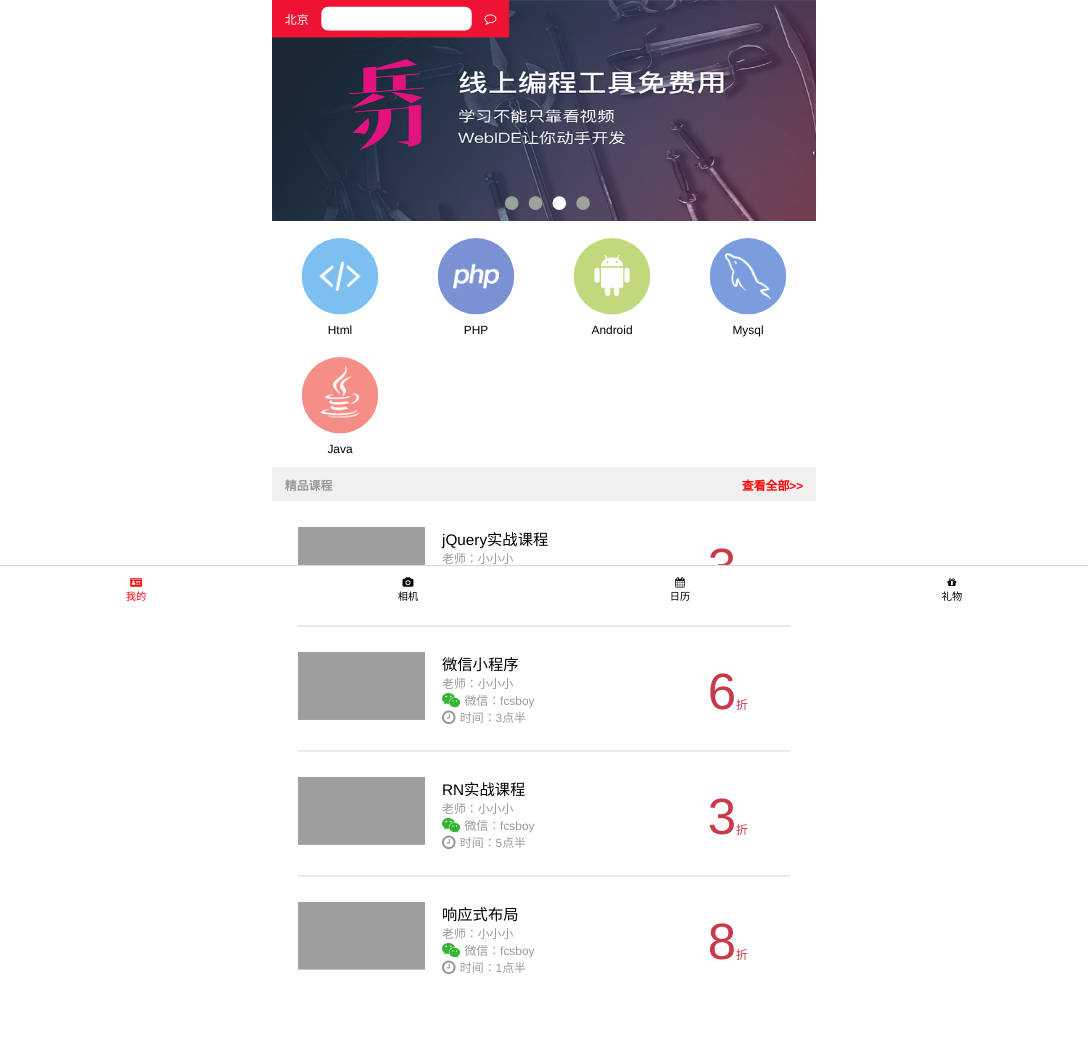
Repository: zhenzhen-gong/flextContent
Page: index.html
The author's editor kept a copy of each file at every save. The page is drawn from the files as they stood at one save, then again after the next save.
The browser window is 1280 px wide. The pictures show the whole page, at 85% of full size.
Pictures or frames that could not be fetched are drawn as grey boxes.

Above is the page before, as saved 2020-06-19 11:00:46.

### index.html
<!DOCTYPE html>
<html lang="en">

<head>
    <meta charset="UTF-8">
    <meta name="viewport" content="width=device-width, initial-scale=1.0">
    <title>移动端响应式小项目</title>
    <link rel="stylesheet" href="css/style.css">
    <link rel="stylesheet" href="css/font-awesome/css/font-awesome.min.css">
    <script src="http://cdn.bootcss.com/jquery/1.12.4/jquery.js"></script>
    <script src="script.js"></script>
</head>

<body>
    <div class="Tbox">
        <header>
            <a href="#" class="left-address">北京</a>
            <input class="middle-form" name="search">
            <a href="#" class="right-message">
                <i class="fa fa-comment-o"></i>
            </a>
        </header>
        <section>
            <div class="imgholder">
                <div class="imgBox" id="imgBox">
                    <div class="imgcontent active"><img src="img/banner1.jpg" alt="图片加载失败"></div>
                    <div class="imgcontent"><img src="img/banner2.jpg" alt="图片加载失败"></div>
                    <div class="imgcontent"><img src="img/banner3.jpg" alt="图片加载失败"></div>
                    <div class="imgcontent"><img src="img/banner4.jpg" alt="图片加载失败"></div>
                </div>
                <div class="imgCircle" id="imgCircle">
                    <span class="active"></span>
                    <span></span>
                    <span></span>
                    <span></span>
                </div>
            </div>
            <div class="content">
                <div>
                    <img src="img/1.png" alt="">
                    <span>Html</span>
                </div>
                <div>
                    <img src="img/2.png" alt="">
                    <span>PHP</span>
                </div>
                <div>
                    <img src="img/3.png" alt="">
                    <span>Android</span>
                </div>
                <div>
                    <img src="img/4.png" alt="">
                    <span>Mysql</span>
                </div>
                <div>
                    <img src="img/5.png" alt="">
                    <span>Java</span>
                </div>
            </div>
            <div class="nav">
                <span>精品课程</span>
                <span>查看全部>></span>
            </div>
            <div class="items">
                <div class="item">
                    <div class="item_left">
                        <img src="http://szimg.mukewang.com/5806de7c00014a3105400300-360-202.jpg" alt="">
                    </div>
                    <div class="item_center">
                        <p>jQuery实战课程</p>
                        <p>老师：小小小</p>
                        <p><i class="fa fa-weixin fa-lg"></i>微信：fcsboy</p>
                        <p><i class="fa fa-clock-o fa-lg"></i>时间：8点半</p>
                    </div>
                    <div class="item_right">
                        <span>3</span><em>折</em>
                    </div>
                </div>
                <div class="item">
                    <div class="item_left">
                        <img src="http://szimg.mukewang.com/583e42fb0001e04f05400300-360-202.jpg" alt="">
                    </div>
                    <div class="item_center">
                        <p>微信小程序</p>
                        <p>老师：小小小</p>
                        <p><i class="fa fa-weixin fa-lg"></i>微信：fcsboy</p>
                        <p><i class="fa fa-clock-o fa-lg"></i>时间：3点半</p>
                    </div>
                    <div class="item_right">
                        <span>6</span><em>折</em>
                    </div>
                </div>
                <div class="item">
                    <div class="item_left">
                        <img src="http://szimg.mukewang.com/57ec8a820001c60b05400300-360-202.jpg" alt="">
                    </div>
                    <div class="item_center">
                        <p>RN实战课程</p>
                        <p>老师：小小小</p>
                        <p><i class="fa fa-weixin fa-lg"></i>微信：fcsboy</p>
                        <p><i class="fa fa-clock-o fa-lg"></i>时间：5点半</p>
                    </div>
                    <div class="item_right">
                        <span>3</span><em>折</em>
                    </div>
                </div>
                <div class="item">
                    <div class="item_left">
                        <img src="http://szimg.mukewang.com/576b84c10001b1c005400300-360-202.jpg" alt="">
                    </div>
                    <div class="item_center">
                        <p>响应式布局</p>
                        <p>老师：小小小</p>
                        <p><i class="fa fa-weixin fa-lg"></i>微信：fcsboy</p>
                        <p><i class="fa fa-clock-o fa-lg"></i>时间：1点半</p>
                    </div>
                    <div class="item_right">
                        <span>8</span><em>折</em>
                    </div>
                </div>
            </div>
        </section>
    </div>
    <footer>
        <div class="active">
            <a href="#" class="active">
                <i class="fa fa-id-card"></i>
            </a>
            我的
        </div>
        <div>
            <a href="#">
                <i class="fa fa-camera"></i>
            </a>
            相机
        </div>
        <div>
            <a href="#">
                <i class="fa fa-calendar"></i>
            </a>
            日历
        </div>
        <div>
            <a href="#">
                <i class="fa fa-gift"></i>
            </a>
            礼物
        </div>
    </footer>
</body>

</html>

### css/style.css
/* css初始化 */
*{
    margin: 0;
    padding: 0;
    border: none;
}
body{
    font-size: 14px;
    font-family: 'Franklin Gothic Medium', 'Arial Narrow', Arial, sans-serif;
}
a{
    text-decoration: none;
    color: black;
}
/* 正文部分 */
.Tbox{
    width: 640px;
    position: absolute;
    left: 0;
    right: 0;
    margin: 0 auto;
}
/* 头部导航 */
.Tbox>header{
   position: fixed;
   top: 0;
   height: 44px;
   padding: 0 15px;
   background: #ef1333;
   display: flex;
   align-items: center;
   z-index: 2;
}
.Tbox>header>a.left-address{
    margin-right: 15px;
    color: #ffffff;
}
.Tbox>header>input.middle-form{
   flex: 1;
   box-sizing: border-box;
   height: 28px;
   border-radius: 8px;
   border: none;
}
.Tbox>header>a.right-message{
    margin-left: 15px;
    color: #ffffff;
}
/* 图片轮播 */
section>div.imgholder{
    height: 260px;
    width: 100%;
    position: relative;
    overflow: hidden;
}
section>div.imgholder>div.imgBox{
    height: 100%;
    width: 100%;
}
section>div.imgholder>div.imgBox>div.imgcontent{
    position: absolute;
    height: 100%;
    width: 100%;
    overflow: hidden;
    display: none;
}
section>div.imgholder>div.imgBox>div.active{
    display: block;
}
section>div.imgholder>div.imgBox>div.imgcontent>img{
    width: 100%;
    height: 100%;
}
/* 控制图片切换的圆点 */
section>div.imgholder>div.imgCircle{
    position: absolute;
    bottom: 10px;
    width: 100%;
    text-align: center;
}
section>div.imgholder>div.imgCircle>span{
    display: inline-block;
    height: 16px;
    width: 16px;
    border-radius: 50%;
    background: #9aa499;
    cursor: pointer;
    margin-left: 8px;
}
section>div.imgholder>div.imgCircle>span.active{
    background: #ffffff;
}
/* 正文内容菜单部分 */
section>div.content{
    display: flex;
    flex-wrap: wrap;
    padding-top: 10px;
    background: #ffffff;
}
section>div.content>div{
    width: 25%;
    height: 120px;
    text-align: center;
    margin: 10px 0;
}
section>div.content>div>span{
    display: block;
    margin-top: 7px;
}
section>div.content>div>img{
    border-radius: 50%;
}

/* 精品课程的导航条 */
section>div.nav{
    height: 40px;
    background: #f0f0f0;
    display: flex;
    justify-content: space-between;
    align-items: center;
    padding: 0 15px;
}
section>div.nav>span:nth-child(1){
    color: #999;
    font-weight: bold;
}
section>div.nav>span:nth-child(2){
    color: red;
    font-weight: bold;
}

/* 正文内容 */
section>div.items{
    background: #ffffff;
    padding: 0 30px;
    margin-bottom: 54px;
}
section>div.items>div.item{
    position: relative;
    display: flex;
    padding: 30px 0;
    border-bottom: 1px solid #cccccc;
}
section>div.items>div.item:last-child{
    border: none;
}
section>div.items>div.item>div.item_left>img{
    width: 150px;
    height: 80px;
}
section>div.items>div.item>div.item_center{
   padding-left: 20px;
}
.item_center p:nth-child(1){
	font-size: 18px;
}
.item_center p:nth-child(2){
	color: #999;
}
.item_center p:nth-child(3){
	color: #999;
}
.item_center p:nth-child(3) i{
	color: #33b433;
	margin-right: 5px;
}
.item_center p:nth-child(4) i{
	margin-right: 5px;
}
.item_center p:nth-child(4){
	color: #999;
}
.item_center p:nth-child(5){
	color: #999;
}
.item_right{
	position: absolute;
    right: 50px;
    bottom: 35px;
	color:#c9394a;
}
.item_right span{
	font-size: 60px;
}
.item_right em{
    font-size: 14px;
	font-style: normal;
}

/* 页脚部分 */
footer{
    position: fixed;
    bottom: 0;
    height: 54px;
    width: 100%;
    font-size: 12px;
    display: flex;
    align-items: center;
    text-align: center;
    background: #ffffff;;
    border-top: 1px solid #cccccc;
}
footer>div{
    flex: 1;
}
footer>div.active{
    color: red;
}
footer>div>a{
    display: block;
}
footer>div>a.active{
    color: red;
}

### script.js
$(document).ready(function(){
    var index = 0,
        timer = null,
        imgs = $("#imgBox").children("div"),
        circles = $("#imgCircle").children("span")
        console.log(circles);

    function imgslider () {
        //当鼠标在图片上时，停止轮播
        $("#imgBox").mouseover(function(){
            if(timer) clearInterval(timer)
        })
        //当鼠标移出图片时，图片继续轮播
        $("#imgBox").mouseout(function(){
            // 图片自动轮播
        timer = setInterval(function(){
            index++;
            if(index>=imgs.length){
                index = 0
            }
            changeImg()
        },2000)
        });
        //一开始就执行mouseout，图片轮播
        $("#imgBox").mouseout()

        // 点击圆点切换图片
        // 1、找到所有圆点  并为每个圆点绑定click事件
        for(let i = 0;i<circles.length;i++){
            circles[i].id = i;
            circles[i].onclick = function(){
                index = i;
                changeImg()
                if(timer) clearInterval(timer)
            }
        }

    }





    function changeImg() {
       // 当前图片的display属性为block，其他为none；
       for(let i = 0;i<imgs.length;i++){
           imgs[i].style.display = "none"
           circles[i].className = " "
       }
       imgs[index].style.display = "block"
       circles[index].className = "active "
    }
    imgslider()
})

Loaded but not shown: css/font-awesome/css/font-awesome.min.css (library)

After the next save:
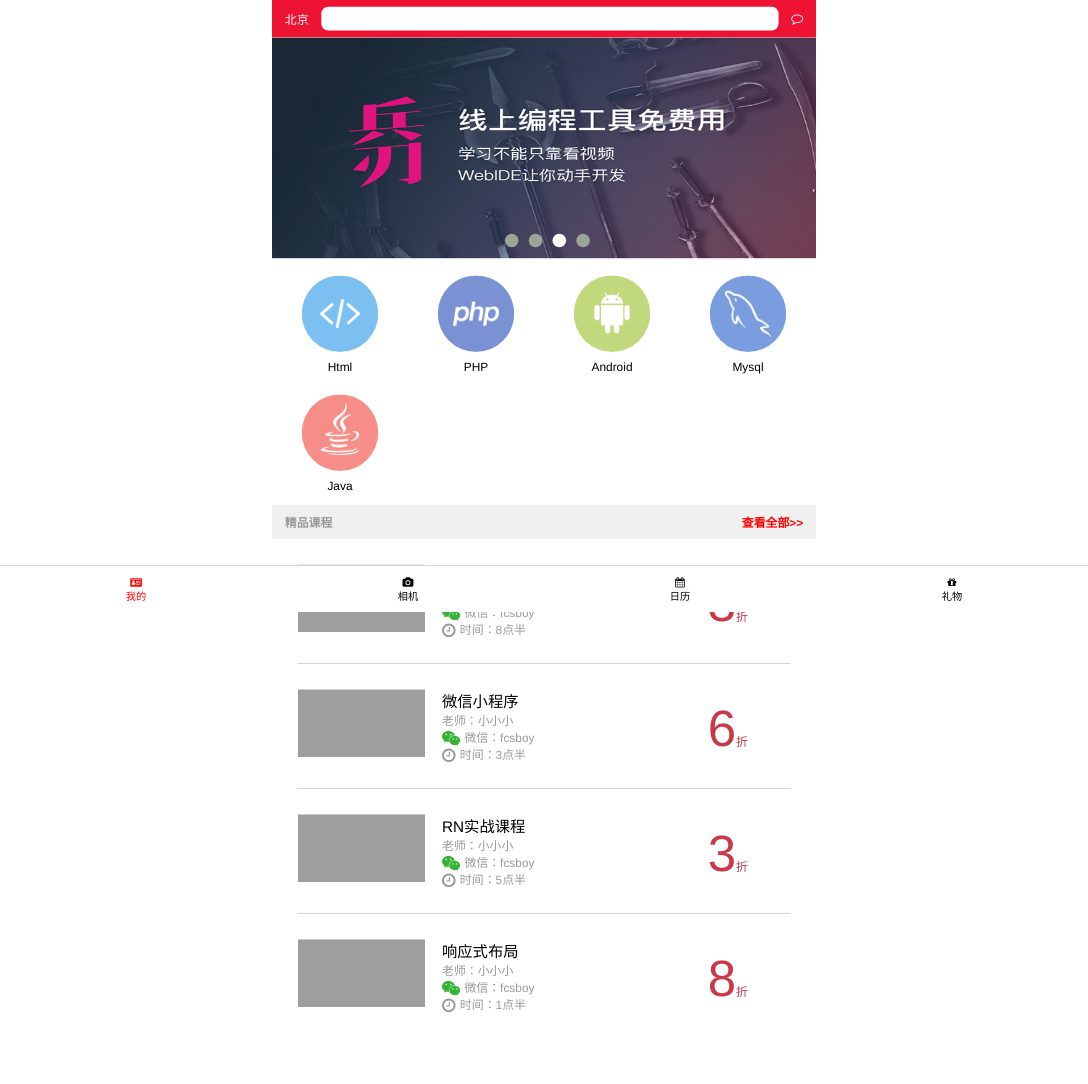
Saved 25 s later.
--- a/css/style.css
+++ b/css/style.css
@@ -22,14 +22,12 @@
 }
 /* 头部导航 */
 .Tbox>header{
-   position: fixed;
    top: 0;
    height: 44px;
    padding: 0 15px;
    background: #ef1333;
    display: flex;
    align-items: center;
-   z-index: 2;
 }
 .Tbox>header>a.left-address{
     margin-right: 15px;
